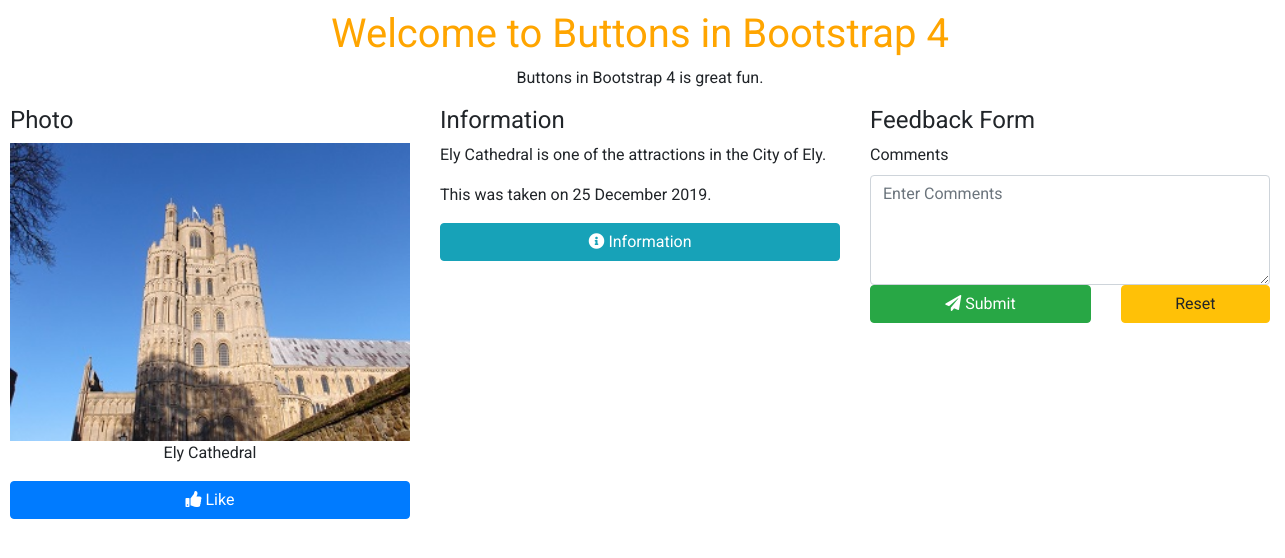
Repository: derektypist/buttons-in-bootstrap-4
Page: index.html
The author's editor kept a record of every edit. The page is drawn from the files as they stood at one moment, then again after the next edit.
The browser window is 1280 px wide. The page is 1285 px wide, so the pictures cover 1285 px, including what lies to the right of the window. The pictures show the whole page.
Some web libraries are served in a nearby version.

Above is the page before.

### index.html
<!DOCTYPE html>
<html lang="en">

<head>
    <meta charset="UTF-8">
    <meta name="viewport" content="width=device-width, initial-scale=1.0">
    <meta http-equiv="X-UA-Compatible" content="ie=edge">
    <title>Buttons in Bootstrap 4</title>
    <!-- Load Style Sheets -->
    <link rel="stylesheet" href="https://maxcdn.bootstrapcdn.com/bootstrap/4.4.1/css/bootstrap.min.css" integrity="sha384-Vkoo8x4CGsO3+Hhxv8T/Q5PaXtkKtu6ug5TOeNV6gBiFeWPGFN9MuhOf23Q9Ifjh" crossorigin="anonymous">
    <link rel="stylesheet" href="https://use.fontawesome.com/releases/v5.8.1/css/all.css" integrity="sha384-50oBUHEmvpQ+1lW4y57PTFmhCaXp0ML5d60M1M7uH2+nqUivzIebhndOJK28anvf" crossorigin="anonymous">
    <link href="https://fonts.googleapis.com/css?family=Roboto&display=swap" rel="stylesheet">
    <link rel="stylesheet" href="style.css">
</head>

<body>
    <!-- Set up Heading -->
    <h1>Welcome to Buttons in Bootstrap 4</h1>
    <p class="text-center">Buttons in Bootstrap 4 is great fun.</p>
    <!-- Set Up Section -->
    <section>
        <!-- Set Up Article -->
        <article class="row">
            <article class="col-sm-4">
                <!-- Display Article Heading -->
                <h4>Photo</h4>
                <!-- Display Image -->
                <figure>
                    <img src="images/ely-cathedral.JPG" alt="Ely Cathedral" class="img-fluid">
                    <figcaption class="text-center">Ely Cathedral</figcaption>
                </figure>
                <!-- Create Button -->
                <button class="btn btn-primary btn-block"><i class="fas fa-thumbs-up"></i> Like</button>

            </article>

            <!-- Set Up Article -->
            <article class="col-sm-4">
                <!-- Display Article Heading -->
                <h4>Information</h4>
                <!-- Display Information -->
                <p>Ely Cathedral is one of the attractions in the City of Ely.</p>
                <p>This was taken on 25 December 2019.</p>
                <!-- Create Button -->
                <button class="btn btn-info btn-block"><i class="fas fa-info-circle"></i> Information</button>
            </article>

            <!-- Set Up Article -->
            <article class="col-sm-4">
                <!-- Display Article Heading -->
                <h4>Feedback Form</h4>
                <!-- Set Up Form for Comments -->
                <form>
                    <label for="comments">Comments</label>
                    <textarea class="form-control" placeholder="Enter Comments" rows="4" id="comments"></textarea>
                    <!-- Set up Row -->
                    <article class="row">
                        <!-- Set up column for Submit Button -->
                        <article class="col-sm-7 col-xs-8">
                            <button type="submit" value="Submit" class="btn btn-success btn-block" onclick="acknowledge()"><i class="fa fa-paper-plane"></i> Submit</button>
                        </article>
                        <!-- Set up column for Reset Button -->
                        <article class="col-sm-5 col-xs-4">
                            <button type="reset" value="Reset" class="btn btn-warning btn-block">Reset</button>
                        </article>

                    </article>

                </form>

                <!-- Display Acknowledgement -->
                <p id="message"></p>
            </article>
        </article>
    </section>
    <!-- Load Script -->
    <script>
        // Function to Acknowledge input of comments
        function acknowledge() {
            document.getElementById("message").innerHTML = "Thank you for your input";
        }
    </script>
</body>

</html>

### style.css
/* Body */
body {
    font-family: "Roboto", Arial, Verdana, sans-serif;
    padding: 10px;
}

/* Heading H1 */
h1 {
    text-align: center;
    color: orange;
}

/* Images */
img {
    display: block;
    margin: auto;
    width: 100%;
}

After the next edit:
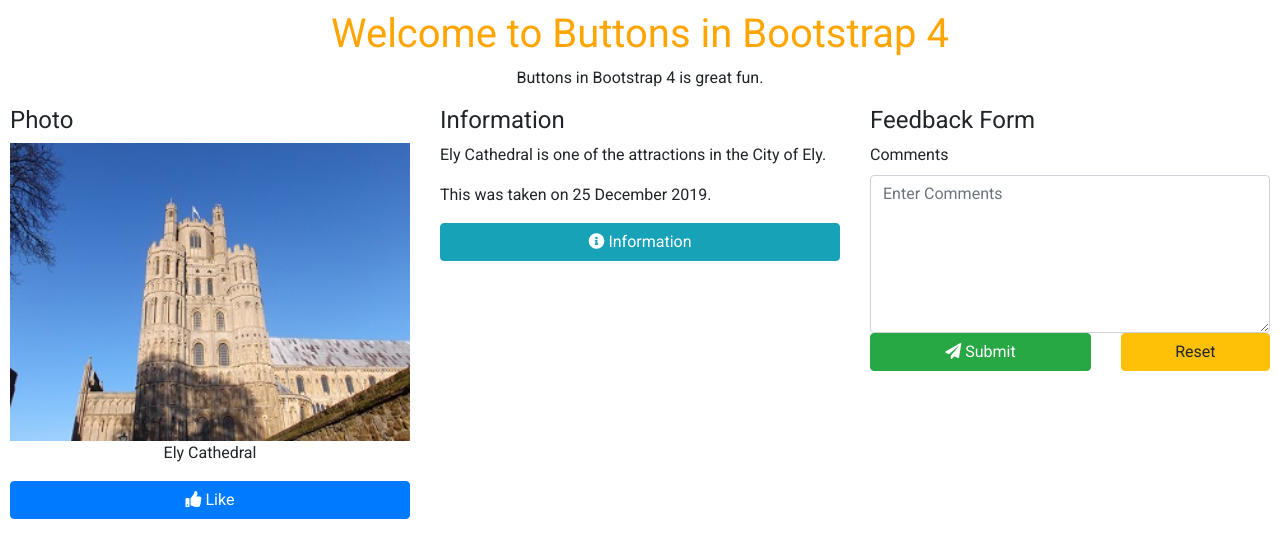
The edit:
--- a/index.html
+++ b/index.html
@@ -52,7 +52,7 @@
                 <!-- Set Up Form for Comments -->
                 <form>
                     <label for="comments">Comments</label>
-                    <textarea class="form-control" placeholder="Enter Comments" rows="4" id="comments"></textarea>
+                    <textarea class="form-control" placeholder="Enter Comments" rows="6" id="comments"></textarea>
                     <!-- Set up Row -->
                     <article class="row">
                         <!-- Set up column for Submit Button -->
